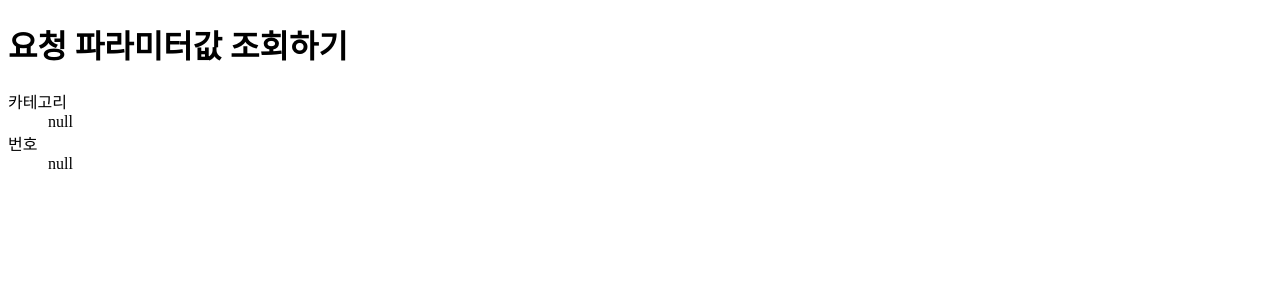
Repository: onuo77/ja_HTA
Page: http://localhost/sample/req/demo3-2.jsp
An editor plug-in stored every save of this project. The page is shown before and after the next save, followed by the edit.
The browser window is 1280 px wide. The pictures show the whole page.
The page is served by Tomcat 9.

Above is the page before, as saved 2021-05-20 03:42:30.

After the next save:
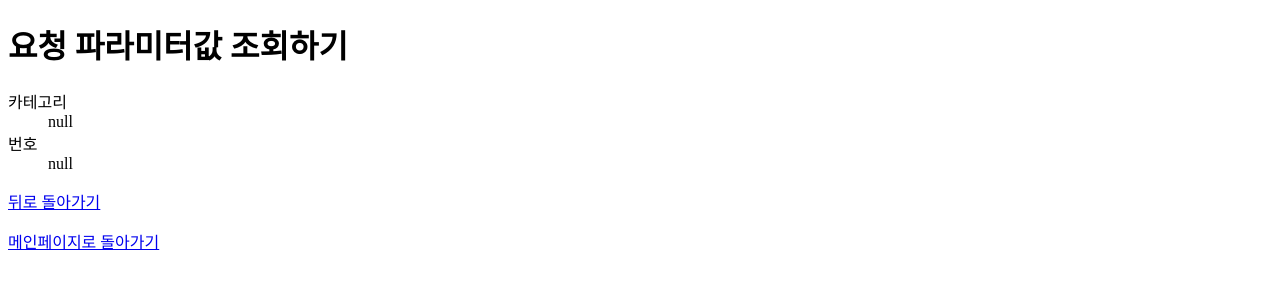
Saved 6 s later.
--- a/java-web/sample/src/main/webapp/req/demo3-2.jsp
+++ b/java-web/sample/src/main/webapp/req/demo3-2.jsp
@@ -20,5 +20,8 @@
 		<dt>카테고리</dt><dd><%=category %></dd>
 		<dt>번호</dt><dd><%=no %></dd>
 	</dl>
+
+	<p><a href="demo3.jsp">뒤로 돌아가기</a></p>
+	<p><a href="main.jsp">메인페이지로 돌아가기</a></p>
 </body>
 </html>
